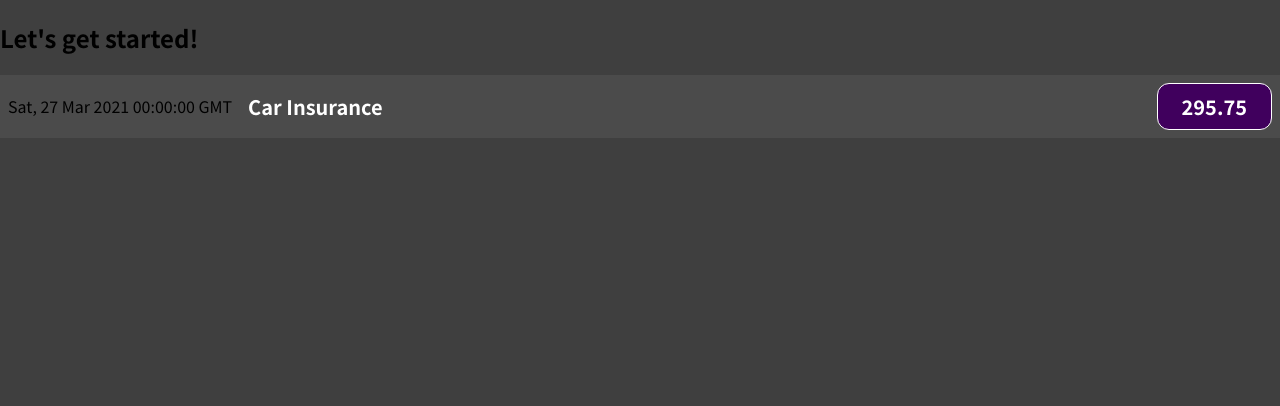
Repository: kowalkos/react-course-first
Page: /
These files come from the project's save history. The page is drawn as it stood at one moment and after the next save; the edit follows.
The browser window is 1280 px wide. The pictures show the whole page.
The project was rebuilt for these pictures with package versions that can differ from the ones it lists, and the page was loaded fresh each time.

Above is the page before, as saved 2021-11-27 17:04:04.

### src/App.js
import ExpenseItem from "./components/ExpenseItem";

function App() {
  const expenses = [
    {
      id: "e1",
      title: "Toilet Paper",
      amount: 94.12,
      date: new Date(2020, 7, 14),
    },
    { id: "e2", title: "New TV", amount: 799.49, date: new Date(2021, 2, 12) },
    {
      id: "e3",
      title: "Car Insurance",
      amount: 294.67,
      date: new Date(2021, 2, 28),
    },
    {
      id: "e4",
      title: "New Desk (Wooden)",
      amount: 450,
      date: new Date(2021, 5, 12),
    },
  ];
  return (
    <div>
      <h2>Let's get started!</h2>
      <ExpenseItem></ExpenseItem>
    </div>
  );
}

export default App;

### src/components/ExpenseItem.js
import './ExpenseItem.css';
function ExpenseItem() {
    const expenseDate=new Date(2021,2,27);
    const expenseTitle='Car Insurance';
    const expenseAmount=295.75
  return (
    <div className="expense-item">
      <div>{expenseDate.toUTCString()}</div>
      <div className="expense-item__description">
        <h2>{expenseTitle}</h2>
        <div className="expense-item__price">{expenseAmount}</div>
      </div>
    </div>
  );
}
export default ExpenseItem;

### src/components/Expenses/ExpenseItem.css
.expense-item {
    display: flex;
    justify-content: space-between;
    align-items: center;
    padding: 0.5rem;
    margin: 1rem 0;
    background-color: #4b4b4b;
  }

  .expense-item__description {
    display: flex;
    flex-direction: column;
    gap: 1rem;
    align-items: flex-end;
    flex-flow: column-reverse;
    justify-content: flex-start;
    flex: 1;
  }

  .expense-item h2 {
    color: #3a3a3a;
    font-size: 1rem;
    flex: 1;
    margin: 0 1rem;
    color: white;
  }

  .expense-item__price {
    font-size: 1rem;
    font-weight: bold;
    color: white;
    background-color: #40005d;
    border: 1px solid white;
    padding: 0.5rem;
    border-radius: 12px;
  }

  @media (min-width: 580px) {
    .expense-item__description {
      flex-direction: row;
      align-items: center;
      justify-content: flex-start;
      flex: 1;
    }

    .expense-item__description h2 {
      font-size: 1.25rem;
    }

    .expense-item__price {
      font-size: 1.25rem;
      padding: 0.5rem 1.5rem;
    }
  }

Loaded but not shown: public/index.html (common file); src/index.js (common file); src/index.css (common file); src/reportWebVitals.js (common file)

After the next save:
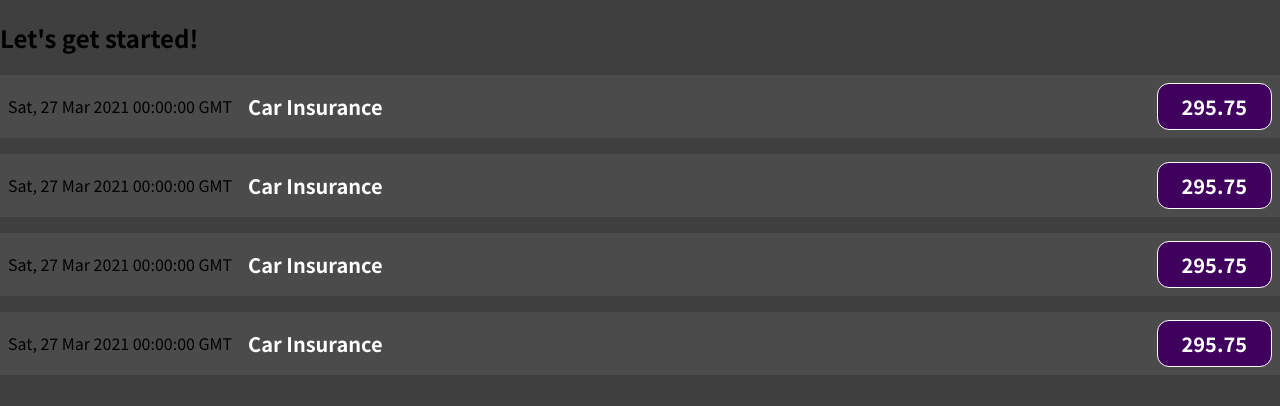
Saved 3 min 43 s later.
--- a/src/App.js
+++ b/src/App.js
@@ -25,7 +25,26 @@ function App() {
   return (
     <div>
       <h2>Let's get started!</h2>
-      <ExpenseItem></ExpenseItem>
+      <ExpenseItem
+        title={expenses[0].title}
+        ammount={expenses[0].amount}
+        date={expenses[0].date}
+      ></ExpenseItem>
+      <ExpenseItem
+        title={expenses[1].title}
+        ammount={expenses[1].amount}
+        date={expenses[1].date}
+      ></ExpenseItem>
+      <ExpenseItem
+        title={expenses[2].title}
+        ammount={expenses[2].amount}
+        date={expenses[2].date}
+      ></ExpenseItem>
+      <ExpenseItem
+        title={expenses[3].title}
+        ammount={expenses[3].amount}
+        date={expenses[3].date}
+      ></ExpenseItem>
     </div>
   );
 }
